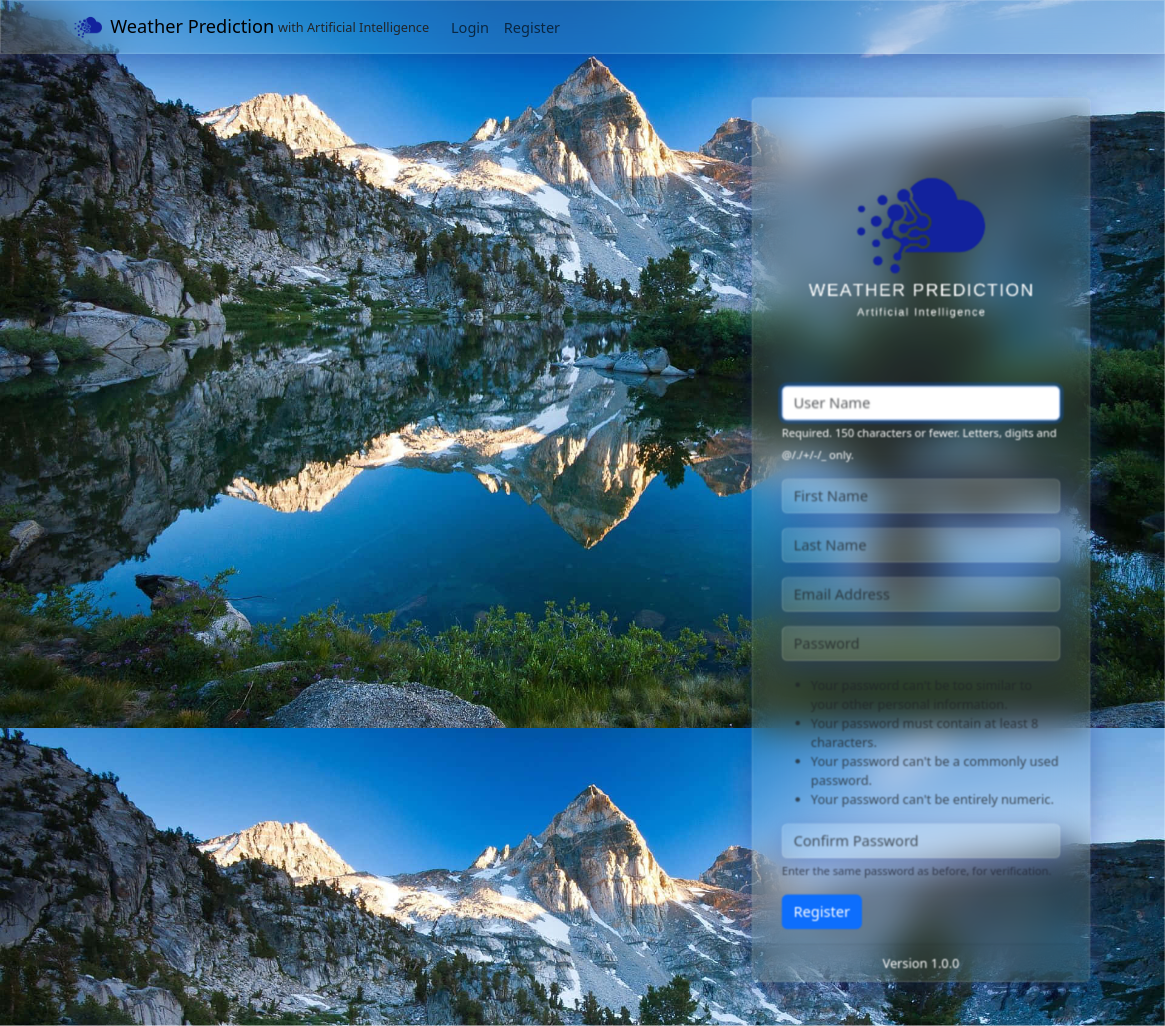
Repository: rustycoder/weather_prediction
Page: http://localhost/weather_admin/register
The author's editor kept a copy of each file at every save. The page is drawn from the files as they stood at one save, then again after the next save.
The browser window is 1280 px wide. The pictures show the whole page, at 91% of full size.
Backgrounds fixed to the window are drawn as part of the page. The page is served by the project's application, run on Django 5.2 (manage.py). Other server files are loaded and not shown.

Above is the page before, as saved 2025-03-03 19:56:39.

### weather_admin/templates/register.html
{% extends 'base.html' %}
{% load static %}
{% block content %}
<div class="col-md-4 offset-md-8">
    <div class="card my-5 glass">
        <div class="card-body">
            <div class="col-md-12 px-3">
                <img src="{% static 'images/logo_full_white.png' %}" class="rounded mx-auto d-block" width="300"
                    alt="Weather Prediction Logo">

                <form method="POST" action="">
                    {% csrf_token %}
                    {% if form.errors %}
                    <div class="alert alert-warning alert-dismissible fade show" role="alert">
                        Your Form Has Errors
                        {% for field in form %}
                        {% if field.errors %}
                        {{ field.errors }}
                        {% endif %}
                        {% endfor %}
                        <button type="button" class="btn-close" data-bs-dismiss="alert" aria-label="Close"></button>
                    </div>
                    {% endif %}

                    {{ form.as_p }}

                    <button type="submit" class="btn btn-primary">Register</button>
                </form>
            </div>
        </div>
        <div class="card-footer text-body-secondary text-center">
            <small class="text-white">Version 1.0.0</small>
        </div>
    </div>
</div>

{% endblock %}

### weather_admin/templates/base.html
<!doctype html>
<html lang="en">

<head>
    <meta charset="utf-8">
    <meta name="viewport" content="width=device-width, initial-scale=1">
    <title>Weather Prediction</title>
    <link href="https://cdn.jsdelivr.net/npm/bootstrap@5.3.3/dist/css/bootstrap.min.css" rel="stylesheet"
        integrity="sha384-QWTKZyjpPEjISv5WaRU9OFeRpok6YctnYmDr5pNlyT2bRjXh0JMhjY6hW+ALEwIH" crossorigin="anonymous">
    {% load static %}
    <link rel="stylesheet" href="{% static 'css/style.css' %}" type="text/css">
    <link rel="icon" href="{% static 'images/logo_fav.ico' %}" type="image/x-icon">
</head>

<body class="beautiful_bg">
    {% include 'navbar.html' %}
    <div class="container">
        {% if messages %}
        {% for message in messages %}
        <div class="alert alert-warning alert-dismissible fade show mt-5" role="alert">
            <strong>Hey!</strong> {{message}}
            <button type="button" class="btn-close" data-bs-dismiss="alert" aria-label="Close"></button>
        </div>
        {% endfor %}
        {% endif %}
        {% block content %}
        {% endblock %}
    </div>
    <script src="https://cdn.jsdelivr.net/npm/bootstrap@5.3.3/dist/js/bootstrap.bundle.min.js"
        integrity="sha384-YvpcrYf0tY3lHB60NNkmXc5s9fDVZLESaAA55NDzOxhy9GkcIdslK1eN7N6jIeHz"
        crossorigin="anonymous"></script>
</body>

</html>

### weather_admin/templates/navbar.html
{% load static %}
<nav class="navbar navbar-expand-lg sticky-top glass">
    <div class="container">
        <a class="navbar-brand me-1" href="{% url 'weather_admin_dashboard' %}">
            <img src="{% static 'images/logo.png' %}" alt="Weather Prediction Logo" height="30"
                class="d-inline-block align-text-top me-1">
            Weather Prediction
        </a>
        <small class="fw-lighter mb-0 me-3 align-bottom">with Artificial Intelligence</small>
        <button class="navbar-toggler" type="button" data-bs-toggle="collapse" data-bs-target="#navbarSupportedContent"
            aria-controls="navbarSupportedContent" aria-expanded="false" aria-label="Toggle navigation">
            <span class="navbar-toggler-icon"></span>
        </button>
        <div class="collapse navbar-collapse" id="navbarSupportedContent">
            {% if user.is_authenticated %}
            <ul class="navbar-nav me-auto mb-2 mb-lg-0">
                <li class="nav-item"><a class="nav-link" href="{% url 'weather_admin_dashboard' %}">Dashboard</a></li>
                <li class="nav-item dropdown">
                    <a class="nav-link dropdown-toggle" href="#" role="button" data-bs-toggle="dropdown"
                        aria-expanded="false">
                        Weather
                    </a>
                    <ul class="dropdown-menu">
                        <li><a class="dropdown-item" href="{% url 'weather_admin_weather_realtime' %}">Realtime</a></li>
                        <li><a class="dropdown-item" href="{% url 'weather_admin_weather_forecast' %}">Forecast</a></li>
                        <li>
                            <hr class="dropdown-divider">
                        </li>
                        <li><a class="dropdown-item" href="{% url 'weather_admin_weather_prediction' %}">Prediction</a>
                        </li>
                    </ul>
                </li>
                <li class="nav-item dropdown">
                    <a class="nav-link dropdown-toggle" href="#" role="button" data-bs-toggle="dropdown"
                        aria-expanded="false">
                        Air Pollution
                    </a>
                    <ul class="dropdown-menu">
                        <li><a class="dropdown-item"
                                href="{% url 'weather_admin_air_pollution_realtime' %}">Realtime</a></li>
                        <li><a class="dropdown-item"
                                href="{% url 'weather_admin_air_pollution_forecast' %}">Forecast</a></li>
                    </ul>
                </li>
                <li class="nav-item"><a class="nav-link" href="{% url 'weather_admin_profile' %}">Profile</a></li>
                <li class="nav-item"><a class="nav-link" href="{% url 'weather_admin_logout' %}">Logout</a></li>
            </ul>
            <form class="d-flex" role="search" method="POST" , action="{% url 'weather_admin_search' %}">
                {% csrf_token %}
                <input class="form-control me-2" type="search" placeholder="City, State" aria-label="Search"
                    name="location">
                <button class="btn btn-outline-success" type="submit">Search</button>
            </form>
            {% else %}
            <ul class="navbar-nav me-auto mb-2 mb-lg-0">
                <li class="nav-item"><a class="nav-link" href="{% url 'weather_admin_login' %}">Login</a></li>
                <li class="nav-item"><a class="nav-link" href="{% url 'weather_admin_register' %}">Register</a></li>
            </ul>
            {% endif %}
        </div>
    </div>
</nav>

### weather_admin/forms.py
from django.contrib.auth.forms import UserCreationForm
from django.contrib.auth.models import User
from weather_admin.models import Profile
from django.forms import ModelForm
from django import forms


class SignUpForm(UserCreationForm):

	email = forms.EmailField(label="", widget=forms.TextInput(attrs={'class':'form-control glass', 'placeholder':'Email Address'}))
	first_name = forms.CharField(label="", max_length=100, widget=forms.TextInput(attrs={'class':'form-control glass', 'placeholder':'First Name'}))
	last_name = forms.CharField(label="", max_length=100, widget=forms.TextInput(attrs={'class':'form-control glass', 'placeholder':'Last Name'}))


	class Meta:
		model = User
		fields = ('username', 'first_name', 'last_name', 'email', 'password1', 'password2')


	def __init__(self, *args, **kwargs):
		super(SignUpForm, self).__init__(*args, **kwargs)

		self.fields['username'].widget.attrs['class'] = 'form-control glass'
		self.fields['username'].widget.attrs['placeholder'] = 'User Name'
		self.fields['username'].label = ''
		self.fields['username'].help_text = '<span class="form-text text-muted"><small class="text-white">Required. 150 characters or fewer. Letters, digits and @/./+/-/_ only.</small></span>'

		self.fields['password1'].widget.attrs['class'] = 'form-control glass'
		self.fields['password1'].widget.attrs['placeholder'] = 'Password'
		self.fields['password1'].label = ''
		self.fields['password1'].help_text = '<ul class="form-text text-muted small"><li>Your password can\'t be too similar to your other personal information.</li><li>Your password must contain at least 8 characters.</li><li>Your password can\'t be a commonly used password.</li><li>Your password can\'t be entirely numeric.</li></ul>'

		self.fields['password2'].widget.attrs['class'] = 'form-control glass'
		self.fields['password2'].widget.attrs['placeholder'] = 'Confirm Password'
		self.fields['password2'].label = ''
		self.fields['password2'].help_text = '<span class="form-text text-muted"><small>Enter the same password as before, for verification.</small></span>'

class ProfileForm(ModelForm):

	phone = forms.CharField(label="", min_length=10, max_length=10, widget=forms.TextInput(attrs={'class':'form-control', 'placeholder':'Phone'}), help_text='<span class="form-text text-muted"><small>Phone number should be 10 digit.</small></span>')
	address = forms.CharField(label="", max_length=100, widget=forms.TextInput(attrs={'class':'form-control', 'placeholder':'Address'}))
	city = forms.CharField(label="", max_length=50, widget=forms.TextInput(attrs={'class':'form-control', 'placeholder':'City'}))
	state = forms.CharField(label="", max_length=50, widget=forms.TextInput(attrs={'class':'form-control', 'placeholder':'State'}))
	zipcode = forms.CharField(label="", max_length=10, widget=forms.TextInput(attrs={'class':'form-control', 'placeholder':'Zipcode'}))

	class Meta:
		model = Profile
		fields = ["phone", "address", "city", "state", "zipcode"]

	def __init__(self, *args, **kwargs):
		super(ProfileForm, self).__init__(*args, **kwargs)

	def clean_phone(self):
		phone = self.cleaned_data['phone']
		if not phone.isdigit():
			raise forms.ValidationError("Phone number must be only digits.")
		if len(phone) != 10:
			raise forms.ValidationError("Phone number must be 10 digits.")
		return phone

	def clean_zipcode(self):
		zipcode = self.cleaned_data['zipcode']
		if not zipcode.isdigit():
			raise forms.ValidationError("Zipcode must contain only digits.")
		return zipcode

### weather_prediction/urls.py
"""
URL configuration for weather_prediction project.

The `urlpatterns` list routes URLs to views. For more information please see:
    https://docs.djangoproject.com/en/5.1/topics/http/urls/
Examples:
Function views
    1. Add an import:  from my_app import views
    2. Add a URL to urlpatterns:  path('', views.home, name='home')
Class-based views
    1. Add an import:  from other_app.views import Home
    2. Add a URL to urlpatterns:  path('', Home.as_view(), name='home')
Including another URLconf
    1. Import the include() function: from django.urls import include, path
    2. Add a URL to urlpatterns:  path('blog/', include('blog.urls'))
"""
from django.contrib import admin
from django.urls import path, include

urlpatterns = [
    path('admin/', admin.site.urls),
    path('weather_admin/', include('weather_admin.urls')),
]

### weather_admin/urls.py
from django.urls import path
from . import views

urlpatterns = [
    path('', views.admin_dashboard, name='weather_admin_dashboard'),
    path('search', views.admin_search, name='weather_admin_search'),
    path('login', views.admin_login, name='weather_admin_login'),
    path('register', views.admin_register, name='weather_admin_register'),
    path('logout', views.admin_logout, name='weather_admin_logout'),
    path('forgot_password', views.admin_forgot_password, name='weather_admin_forgot_password'),
    path('reset_password', views.admin_reset_password, name='weather_admin_reset_password'),

    path('profile', views.profile, name='weather_admin_profile'),
    path('update_profile', views.profile_update, name='weather_admin_profile_update'),

    path('weather_realtime', views.weather_realtime, name='weather_admin_weather_realtime'),
    path('weather_forecast', views.weather_forecast, name='weather_admin_weather_forecast'),
    path('weather_prediction', views.weather_prediction, name='weather_admin_weather_prediction'),

    path('air_pollution_realtime', views.air_pollution_realtime, name='weather_admin_air_pollution_realtime'),
    path('air_pollution_forecast', views.air_pollution_forecast, name='weather_admin_air_pollution_forecast'),

]

### weather_admin/static/css/style.css
.bd-callout {
    --bs-link-color-rgb: var(--bd-callout-link);
    --bs-code-color: var(--bd-callout-code-color);
    padding: 1.25rem;
    margin-top: 1.25rem;
    margin-bottom: 1.25rem;
    color: var(--bd-callout-color, inherit);
    background-color: var(--bd-callout-bg, var(--bs-gray-100));
    border-left: 0.25rem solid var(--bd-callout-border, var(--bs-gray-300));
}

.bd-callout-info {
    --bd-callout-color: var(--bs-info-text-emphasis);
    --bd-callout-bg: var(--bs-info-bg-subtle);
    --bd-callout-border: var(--bs-info-border-subtle);
}
.bd-callout {
    --bs-link-color-rgb: var(--bd-callout-link);
    --bs-code-color: var(--bd-callout-code-color);
    padding: 1.25rem;
    margin-top: 1.25rem;
    margin-bottom: 1.25rem;
    color: var(--bd-callout-color, inherit);
    background-color: var(--bd-callout-bg, var(--bs-gray-100));
    border-left: 0.25rem solid var(--bd-callout-border, var(--bs-gray-300));
}

.bd-callout-info {
    --bd-callout-color: var(--bs-info-text-emphasis);
    --bd-callout-bg: var(--bs-info-bg-subtle);
    --bd-callout-border: var(--bs-info-border-subtle);
}
.glass {
    background: rgba( 255, 255, 255, 0.1 );
    box-shadow: 0 8px 32px 0 rgba( 31, 38, 135, 0.37 );
    backdrop-filter: blur( 20px );
    -webkit-backdrop-filter: blur( 20px );
    border: 1px solid rgba( 255, 255, 255, 0.18 );
}

.beautiful_bg {
    background-image: url('../images/beautiful_bg.jpg');
    background-repeat: no-repeat;
    background-attachment: fixed;
    background-size: cover;
}

Loaded but not shown: weather_admin/views.py (285 lines, source omitted)

After the next save:
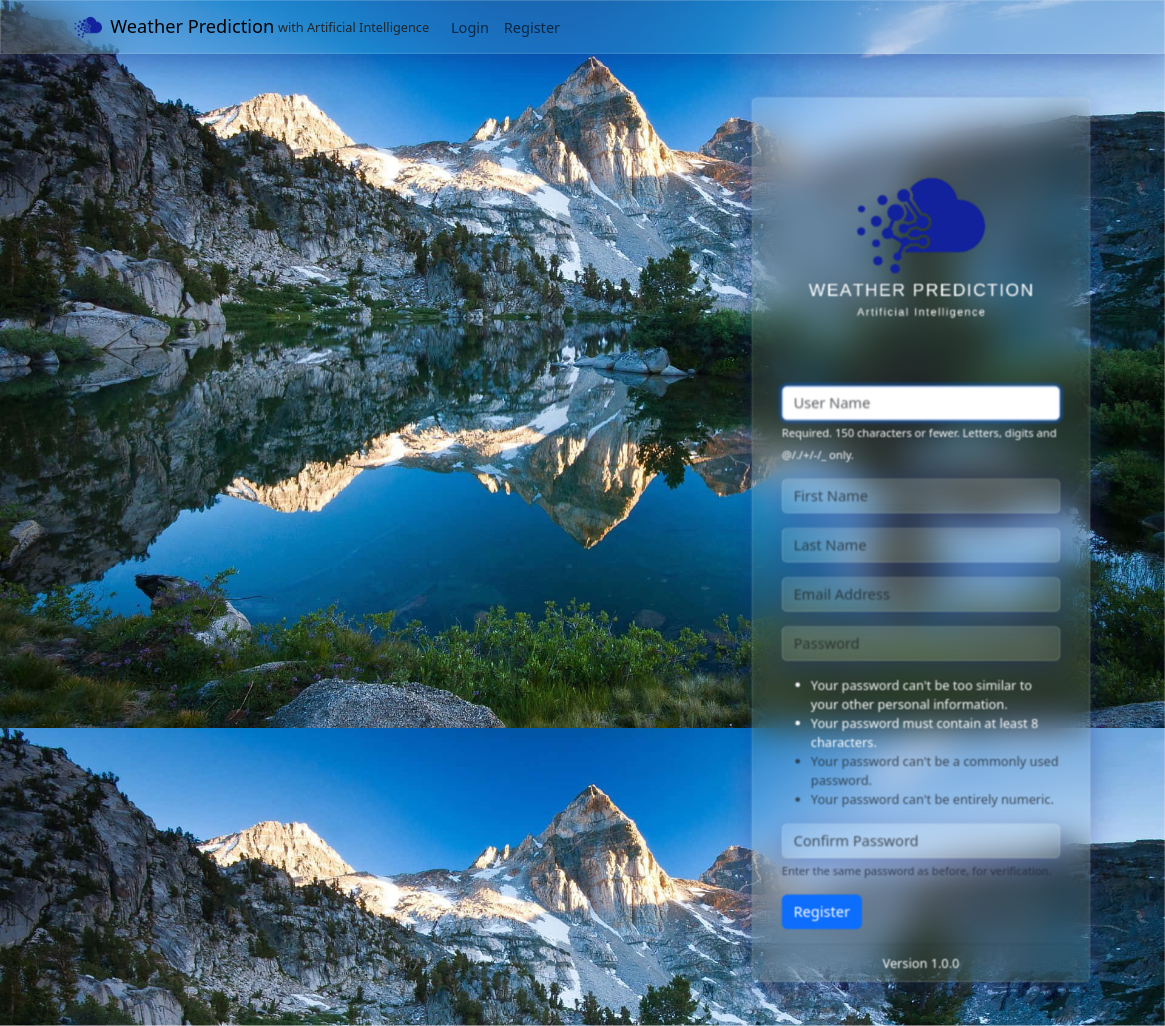
Saved 14 s later.
--- a/weather_admin/forms.py
+++ b/weather_admin/forms.py
@@ -28,7 +28,7 @@
 		self.fields['password1'].widget.attrs['class'] = 'form-control glass'
 		self.fields['password1'].widget.attrs['placeholder'] = 'Password'
 		self.fields['password1'].label = ''
-		self.fields['password1'].help_text = '<ul class="form-text text-muted small"><li>Your password can\'t be too similar to your other personal information.</li><li>Your password must contain at least 8 characters.</li><li>Your password can\'t be a commonly used password.</li><li>Your password can\'t be entirely numeric.</li></ul>'
+		self.fields['password1'].help_text = '<ul class="form-text text-muted small"><li class="text-white">Your password can\'t be too similar to your other personal information.</li><li class="text-white">Your password must contain at least 8 characters.</li><li>Your password can\'t be a commonly used password.</li><li>Your password can\'t be entirely numeric.</li></ul>'
 
 		self.fields['password2'].widget.attrs['class'] = 'form-control glass'
 		self.fields['password2'].widget.attrs['placeholder'] = 'Confirm Password'
